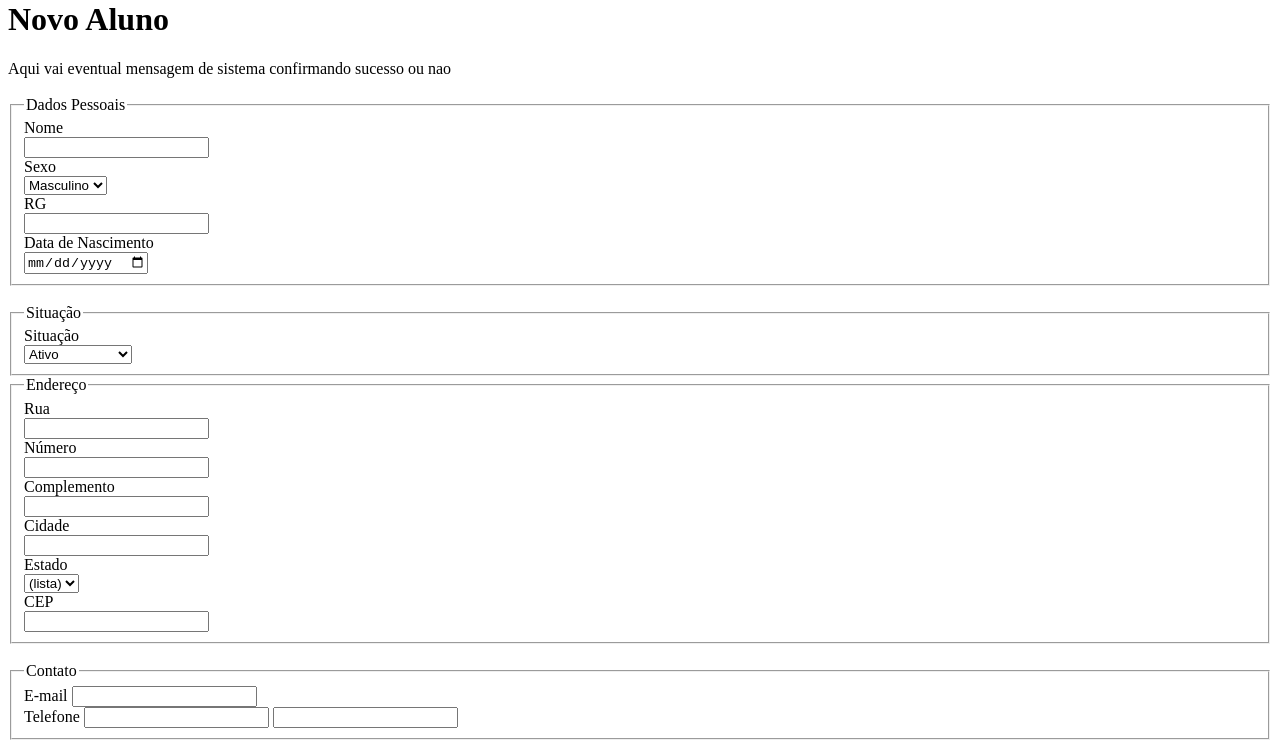
Repository: fabiodaemon/Loucademia
Page: Loucademia/WebContent/WEB-INF/novoAluno.html
The author's editor kept a copy of each file at every save. The page is drawn from the files as they stood at one save, then again after the next save.
The browser window is 1280 px wide. The pictures show the part of the page from y = 422 to 1191 px (the page is 1170 px tall before and 1191 px after).
A picture or video elsewhere on the page could not be fetched, so the positions and the page height are approximate.

Above is the page before, as saved 2019-01-27 22:28:03.

After the next save:
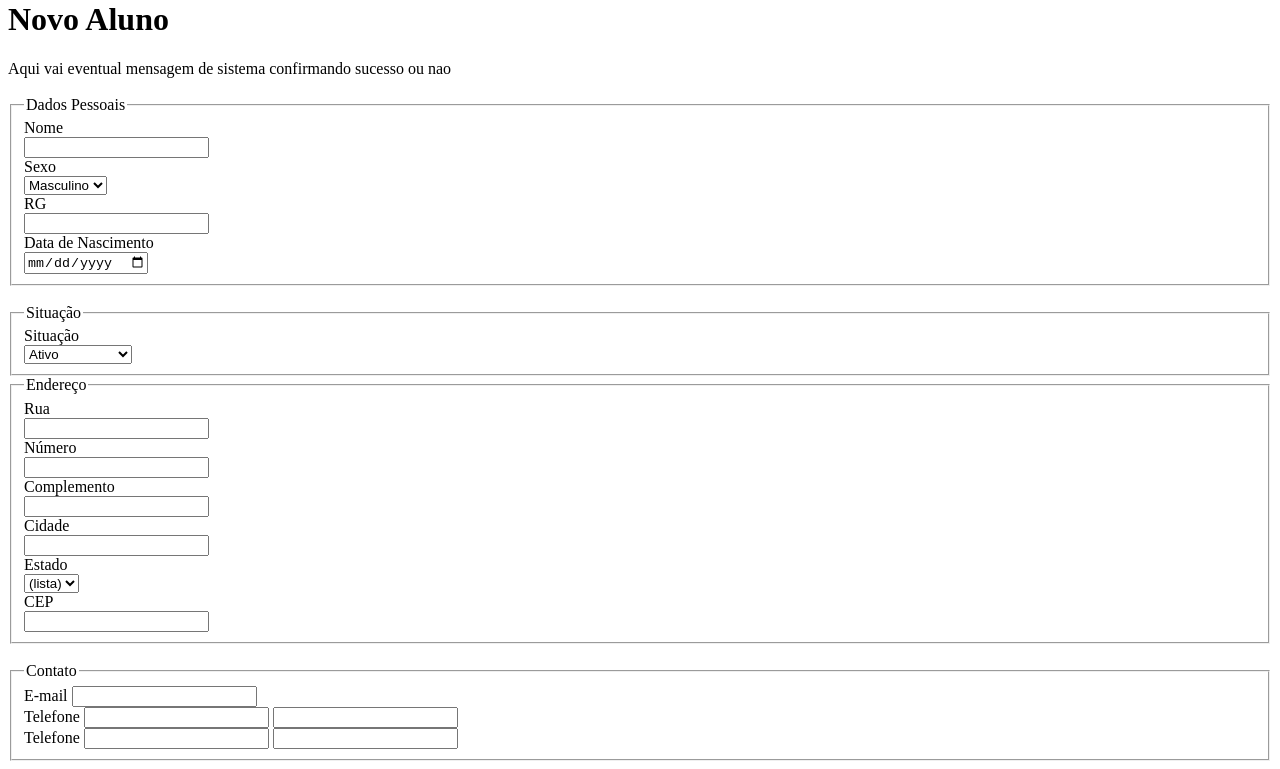
Saved 81 s later.
--- a/Loucademia/WebContent/WEB-INF/novoAluno.html
+++ b/Loucademia/WebContent/WEB-INF/novoAluno.html
@@ -93,8 +93,12 @@
 			<input type="email" name="email" id="email"><br>
 
 			<label for="telefoneCelularDDD">Telefone</label>
-			<input type="text" name="telefoneCelularDDD" id="telefoneCelularDDD">
-			<input type="text" name="telefoneCelularNumero" id="telefoneCelularNumero"><br>
+			<input type="tel" name="telefoneCelularDDD" id="telefoneCelularDDD">
+			<input type="tel" name="telefoneCelularNumero" id="telefoneCelularNumero"><br>
+
+			<label for="telefoneFixoDDD">Telefone</label>
+			<input type="tel" name="telefoneFixoDDD" id="telefoneFixoDDD">
+			<input type="tel" name="telefoneFixoNumero" id="telefoneFixoNumero"><br>
 
 		</fieldset>
 
